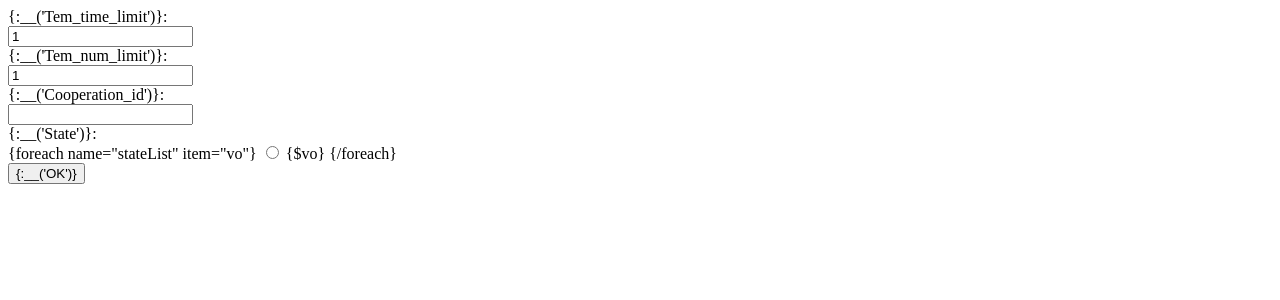
Repository: Akarin-Akari/xiaomaguantest
Page: application/admin/view/config/ordertime/add.html
The author's editor kept a copy of each file at every save. The page is drawn from the files as they stood at one save, then again after the next save.
The browser window is 1280 px wide. The pictures show the whole page.

Above is the page before, as saved 2024-01-24 17:43:04.

### application/admin/view/config/ordertime/add.html
<form id="add-form" class="form-horizontal" role="form" data-toggle="validator" method="POST" action="">

    <div class="form-group">
        <label class="control-label col-xs-12 col-sm-2">{:__('Tem_time_limit')}:</label>
        <div class="col-xs-12 col-sm-8">
            <input id="c-tem_time_limit" class="form-control" name="row[tem_time_limit]" type="number" value="1">
        </div>
    </div>
    <div class="form-group">
        <label class="control-label col-xs-12 col-sm-2">{:__('Tem_num_limit')}:</label>
        <div class="col-xs-12 col-sm-8">
            <input id="c-tem_num_limit" data-rule="required" class="form-control" name="row[tem_num_limit]" type="number" value="1">
        </div>
    </div>
    <div class="form-group">
        <label class="control-label col-xs-12 col-sm-2">{:__('Cooperation_id')}:</label>
        <div class="col-xs-12 col-sm-8">
            <input id="c-cooperation_id" data-rule="required" data-source="cooperation/index" class="form-control selectpage" name="row[cooperation_id]" type="text" value="">
        </div>
    </div>
    <div class="form-group">
        <label class="control-label col-xs-12 col-sm-2">{:__('State')}:</label>
        <div class="col-xs-12 col-sm-8">

            <div class="radio">
            {foreach name="stateList" item="vo"}
            <label for="row[state]-{$key}"><input id="row[state]-{$key}" name="row[state]" type="radio" value="{$key}" {in name="key" value="1"}checked{/in} /> {$vo}</label>
            {/foreach}
            </div>

        </div>
    </div>
    <div class="form-group layer-footer">
        <label class="control-label col-xs-12 col-sm-2"></label>
        <div class="col-xs-12 col-sm-8">
            <button type="submit" class="btn btn-primary btn-embossed disabled">{:__('OK')}</button>
        </div>
    </div>
</form>

After the next save:
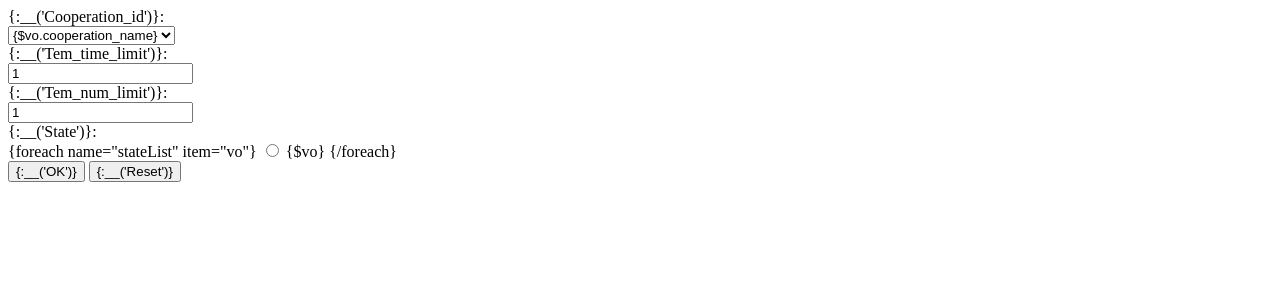
Saved 26 s later.
--- a/application/admin/view/config/ordertime/add.html
+++ b/application/admin/view/config/ordertime/add.html
@@ -1,4 +1,15 @@
 <form id="add-form" class="form-horizontal" role="form" data-toggle="validator" method="POST" action="">
+
+    <div class="form-group">
+        <label class="control-label col-xs-12 col-sm-2">{:__('Cooperation_id')}:</label>
+        <div class="col-xs-12 col-sm-8">
+            <select  id="c-cooperation_id" class="form-control selectpicker" name="row[cooperation_id]">
+                {foreach name="cooperationList" item="vo"}
+                    <option value="{$vo.cooperation_id}" {in name="vo.cooperation_id" value=""}selected{/in}>{$vo.cooperation_name}</option>
+                {/foreach}
+            </select>
+        </div>
+    </div>
 
     <div class="form-group">
         <label class="control-label col-xs-12 col-sm-2">{:__('Tem_time_limit')}:</label>
@@ -12,12 +23,7 @@
             <input id="c-tem_num_limit" data-rule="required" class="form-control" name="row[tem_num_limit]" type="number" value="1">
         </div>
     </div>
-    <div class="form-group">
-        <label class="control-label col-xs-12 col-sm-2">{:__('Cooperation_id')}:</label>
-        <div class="col-xs-12 col-sm-8">
-            <input id="c-cooperation_id" data-rule="required" data-source="cooperation/index" class="form-control selectpage" name="row[cooperation_id]" type="text" value="">
-        </div>
-    </div>
+
     <div class="form-group">
         <label class="control-label col-xs-12 col-sm-2">{:__('State')}:</label>
         <div class="col-xs-12 col-sm-8">
@@ -30,10 +36,12 @@
 
         </div>
     </div>
+
     <div class="form-group layer-footer">
         <label class="control-label col-xs-12 col-sm-2"></label>
         <div class="col-xs-12 col-sm-8">
-            <button type="submit" class="btn btn-primary btn-embossed disabled">{:__('OK')}</button>
+            <button type="submit" class="btn btn-success btn-embossed disabled">{:__('OK')}</button>
+            <button type="reset" class="btn btn-default btn-embossed">{:__('Reset')}</button>
         </div>
     </div>
 </form>
